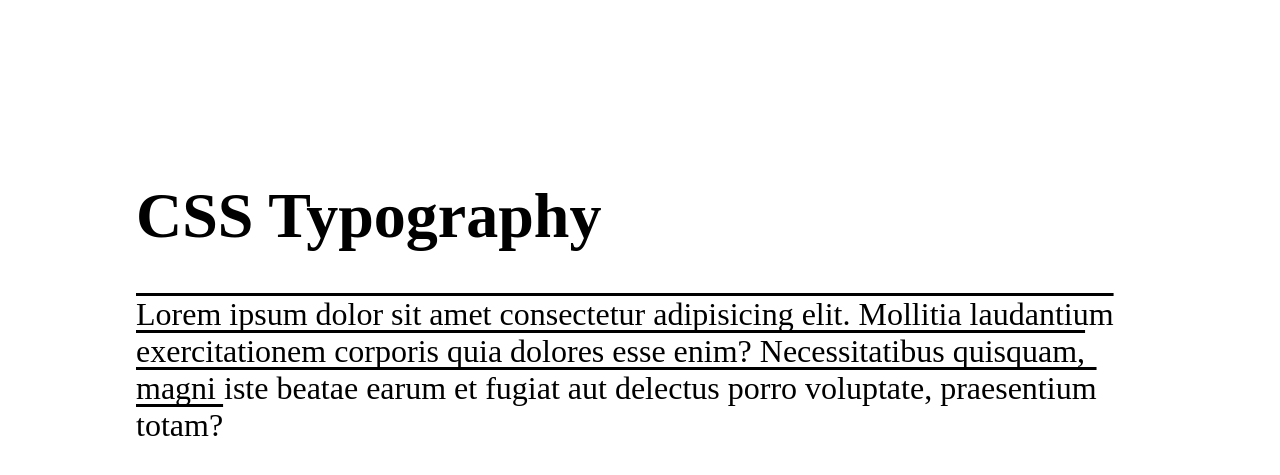
Repository: madhurik9999/Css
Page: index.html
These files come from the project's save history. The page is drawn as it stood at one moment and after the next save; the edit follows.
The browser window is 1280 px wide. The pictures show the whole page.

Above is the page before, as saved 2023-12-10 13:21:58.

After the next save:
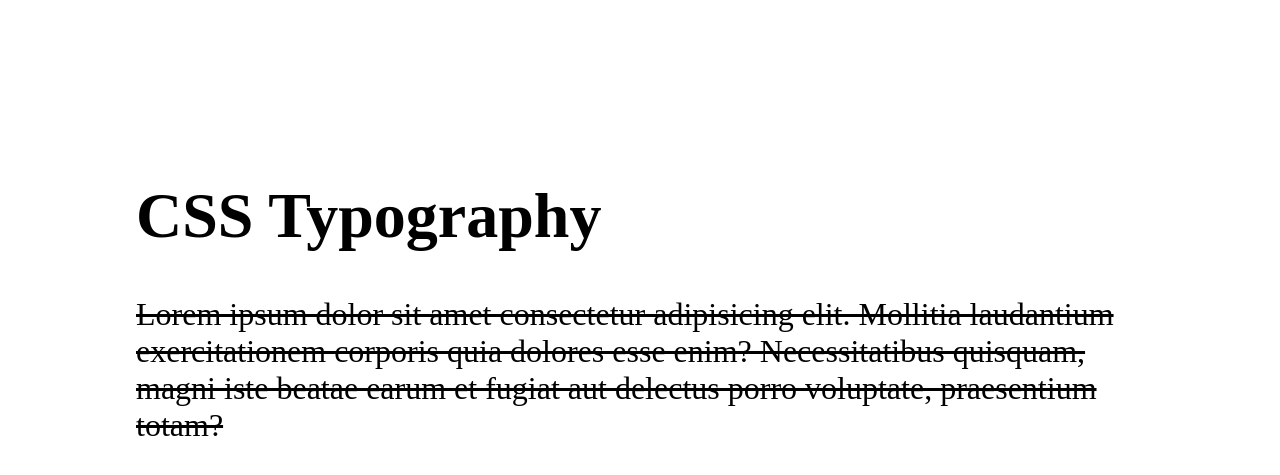
Saved 9 s later.
--- a/styles/style.css
+++ b/styles/style.css
@@ -9,5 +9,5 @@
     font: inherit;
 } */
 p {
-    text-decoration: overline;
+    text-decoration: line-through;
 }
